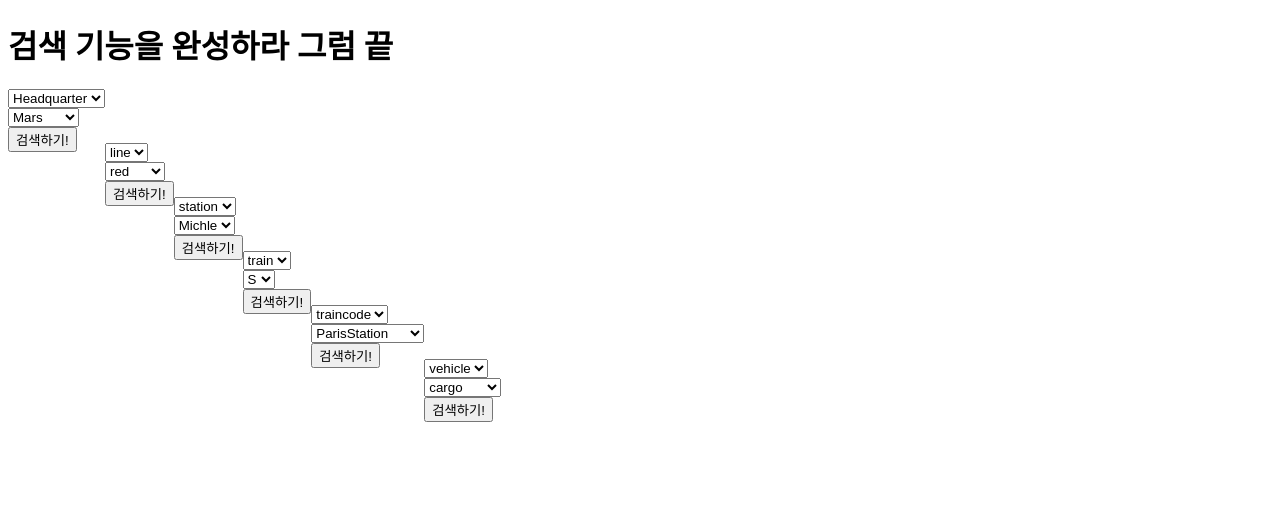
Repository: CISXO/JSP
Page: http://localhost/DB_Project/DB/Search.jsp
These files come from the project's save history. The page is drawn as it stood at one moment and after the next save; the edit follows.
The browser window is 1280 px wide. The pictures show the whole page.
The page is served by Tomcat 9.

Above is the page before, as saved 2022-12-23 09:18:40.

### DbProject/DB_Project/src/main/webapp/DB/Search.jsp
<%@ page language="java" contentType="text/html; charset=utf-8"
    pageEncoding="utf-8" import="java.sql.*"%>
<!DOCTYPE html>
<html>
<head>
<meta charset="EUC-KR">
<title>Insert title here</title>
</head>
<body>
<h1>검색 기능을 완성하라 그럼 끝</h1>
 <form action="Headquarter.jsp" method="get" style="float:left;">
       <div class="row">
      <select name="select">
        <option>Headquarter</option>
      </select>
       <div class="row">
      <select name="search">
        <option>Mars</option>
        <option>Earth</option>
        <option>Mercury</option>
        <option>Venus</option>
        <option>Saturn</option>
      </select>
        <input name="checkcheck" type="hidden" placeHolder="검색할 값" value="2">
        </div>
      <button>검색하기!</button>
        </div>
        </form>
        <br><br><br>

         <form action="line.jsp" method="get" style="float:left;">
       <div class="row">
      <select name="select">
        <option>line</option>
      </select>
       <div class="row">
      <select name="search">
        <option>red</option>
        <option>blue</option>
        <option>yellow</option>
        <option>puple</option>
        <option>white</option>
      </select>
        <input name="checkcheck" type="hidden" placeHolder="검색할 값" value="2">
        </div>
      <button>검색하기!</button>
        </div>
        </form>


        <br><br><br>
         <form action="station.jsp" method="get" style="float:left;">
       <div class="row">
      <select name="select">
        <option>station</option>
      </select>
       <div class="row">
      <select name="search">
        <option>Michle</option>
        <option>Jo</option>
        <option>Jk122</option>
        <option>brok</option>
      </select>
        <input name="checkcheck" type="hidden" placeHolder="검색할 값" value="2">
        </div>
      <button>검색하기!</button>
        </div>
        </form>


        <br><br><br>
         <form action="train.jsp" method="get" style="float:left;">
       <div class="row">
      <select name="select">
        <option>train</option>
      </select>
       <div class="row">
      <select name="search">
        <option>S</option>
        <option>A</option>
        <option>B</option>
        <option>C</option>
        <option>D</option>
        <option>F</option>
      </select>
        <input name="checkcheck" type="hidden" placeHolder="검색할 값" value="2">
        </div>
      <button>검색하기!</button>
        </div>
        </form>

        <br><br><br>

         <form action="traincode.jsp" method="get" style="float:left;">
       <div class="row">
      <select name="select">
        <option>traincode</option>
      </select>
       <div class="row">
      <select name="search">
        <option>ParisStation</option>
        <option>KoreaStation</option>
        <option>MarsStation</option>
        <option>IndianoStation</option>
        <option>VenusStation</option>
        <option>AmericaStation</option>
      </select>
        <input name="checkcheck" type="hidden" placeHolder="검색할 값" value="2">
        </div>
      <button>검색하기!</button>
        </div>
        </form>


        <br><br><br>
         <form action="vehicle.jsp" method="get" style="float:left;">
       <div class="row">
      <select name="select">
        <option>vehicle</option>
      </select>
       <div class="row">
      <select name="search">
        <option>cargo</option>
        <option>career</option>
        <option>Decorate</option>
      </select>
        <input name="checkcheck" type="hidden" placeHolder="검색할 값" value="2">
        </div>
      <button>검색하기!</button>
        </div>
        </form>

        <br><br><br>

</body>
</html>

After the next save:
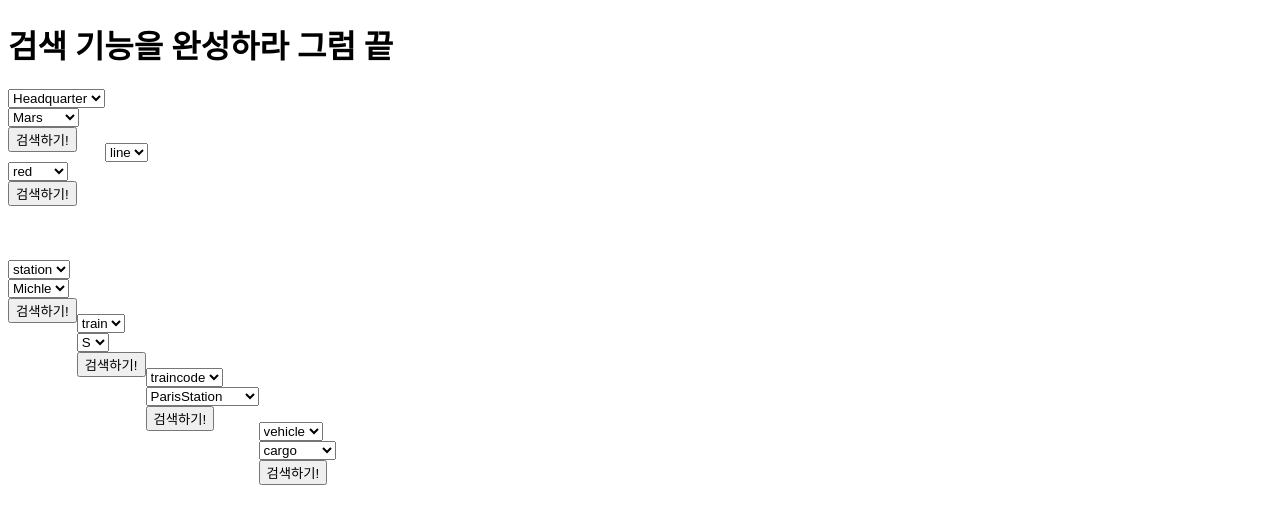
Saved 11 s later.
--- a/DbProject/DB_Project/src/main/webapp/DB/Search.jsp
+++ b/DbProject/DB_Project/src/main/webapp/DB/Search.jsp
@@ -28,7 +28,7 @@
         </form>
         <br><br><br>
 
-         <form action="line.jsp" method="get" style="float:left;">
+         <form action="line.jsp" method="get" >
        <div class="row">
       <select name="select">
         <option>line</option>
